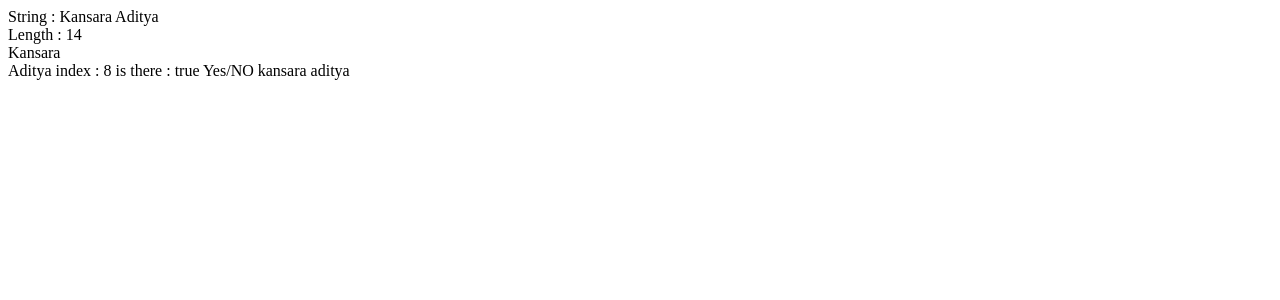
Repository: adityakansara1/JavaContent
Page: http://localhost/DemoJSPDataBase/display2.jsp
The author's editor kept a copy of each file at every save. The page is drawn from the files as they stood at one save, then again after the next save.
The browser window is 1280 px wide. The pictures show the whole page.
The page is served by Tomcat 9.

Above is the page before, as saved 2020-08-10 07:46:37.

After the next save:
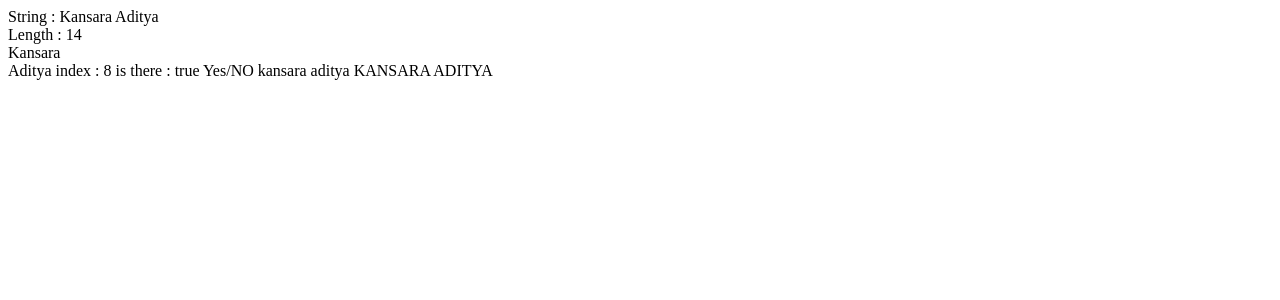
Saved 58 s later.
--- a/DemoJSPDataBase/WebContent/display2.jsp
+++ b/DemoJSPDataBase/WebContent/display2.jsp
@@ -28,5 +28,8 @@
 	</c:if>
 
 	${fn:toLowerCase(string)}
+	${fn:toUpperCase(string)}
+
+
 </body>
 </html>
